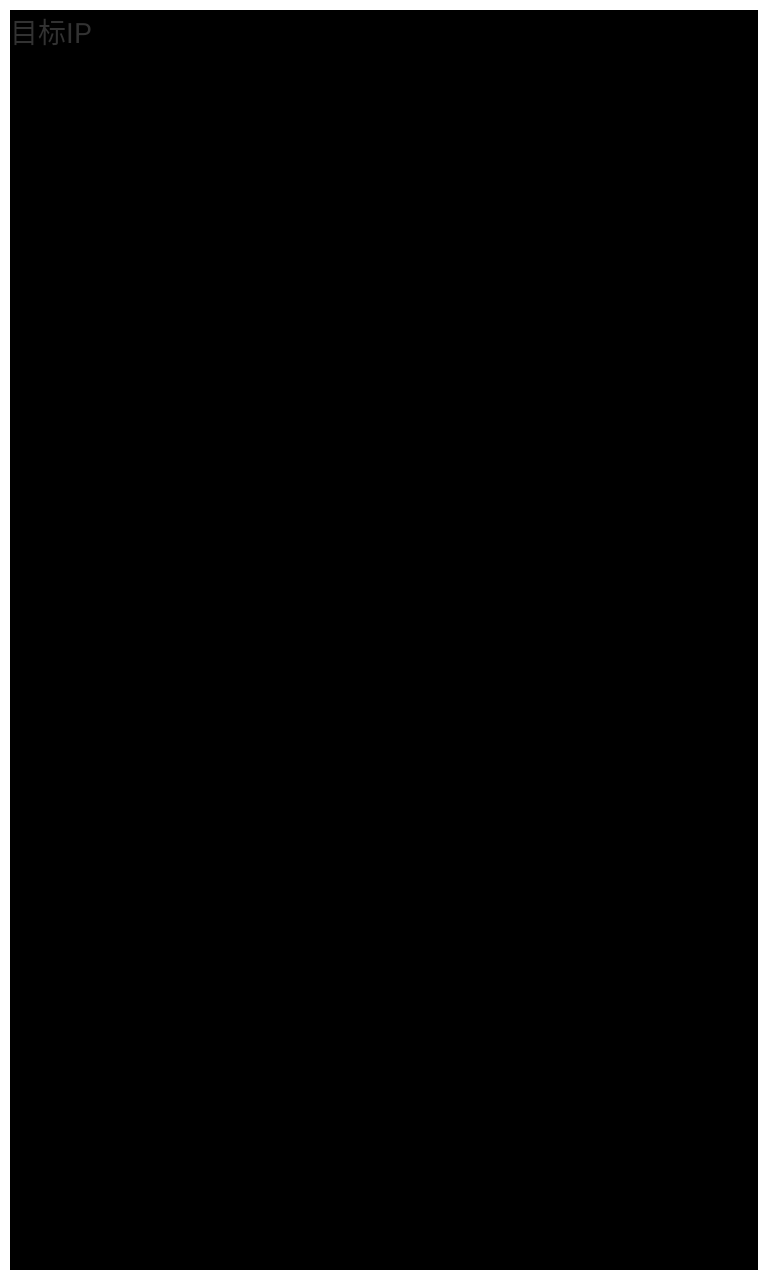
Repository: Ollyder/eclipse_work
Layout: WIFI_PM2.5(UI)/res/layout/activity_main.xml
The author's editor kept a copy of each file at every save. The layout is drawn from the files as they stood at one save, then again after a run of saves.
It is drawn on a 768 x 1280 px phone screen (xhdpi) without system bars, with theme AppTheme; the app's code is not run.

Above is the layout before, as saved 2017-05-27 03:26:26.

After the next 2 saves:
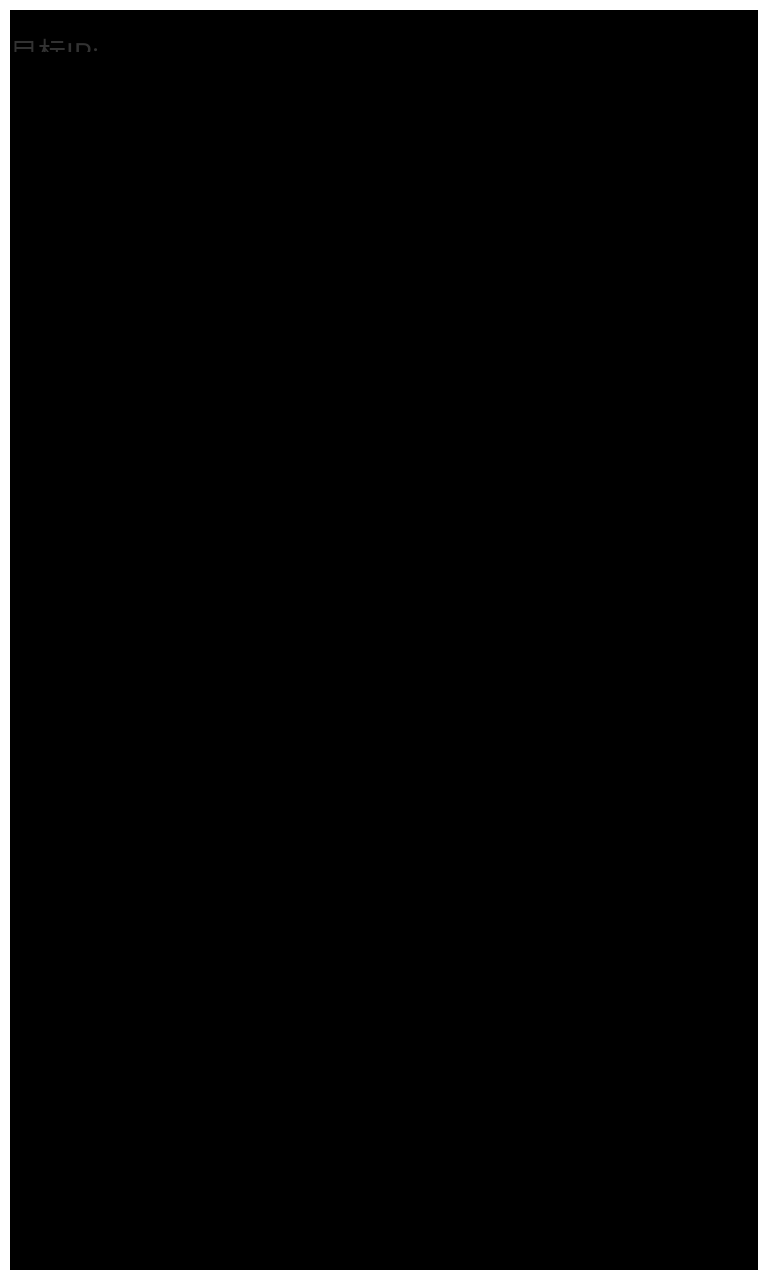
The 2 saves are shown as one change because 1 did not build or start.
The last was saved 5 min 55 s later.
--- a/WIFI_PM2.5(UI)/res/layout/activity_main.xml
+++ b/WIFI_PM2.5(UI)/res/layout/activity_main.xml
@@ -13,10 +13,23 @@
         android:orientation="vertical"
         android:layout_margin="5sp">
 
-        <TextView
-            android:layout_width="wrap_content"
+        <LinearLayout
+            android:layout_width="match_parent"
             android:layout_height="wrap_content"
-            android:text="目标IP"/>
+            android:orientation="horizontal">
+
+            <TextView
+            	android:id="@+id/text_view"
+            	android:layout_width="wrap_content"
+            	android:layout_height="wrap_content"
+            	android:text="目标IP:"/>
+        	<EditText
+            	android:id="@+id/edit_view"
+            	android:layout_width="0sp"
+            	android:layout_height="0sp"
+            	android:layout_weight="1"/>
+
+        </LinearLayout>
 
     </LinearLayout>
 
